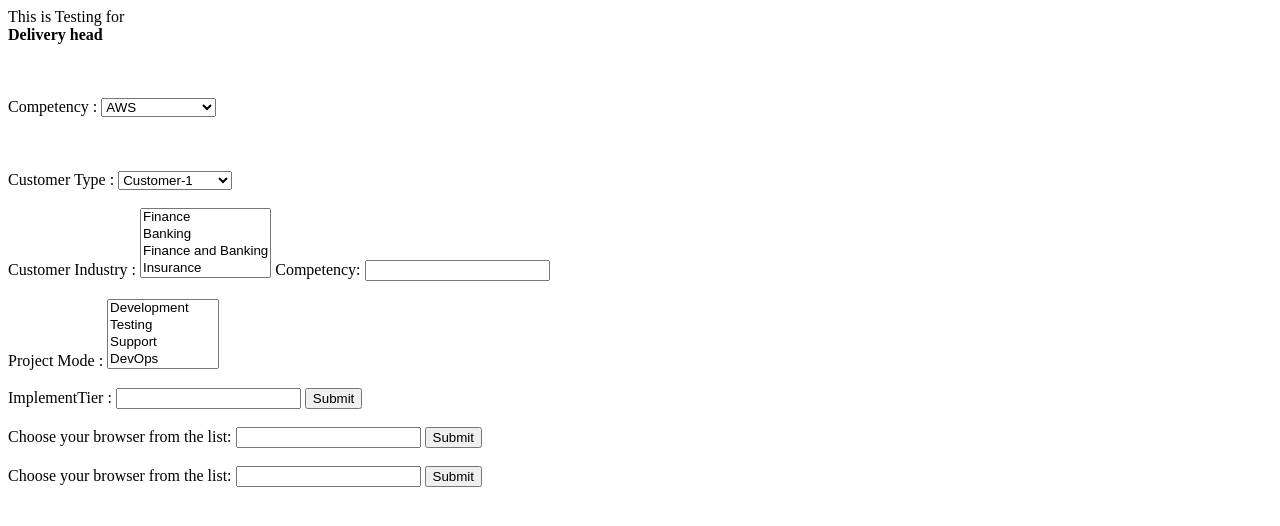
Repository: Perwaiz21/STS
Page: http://localhost/AWS_Web/
These files come from the project's save history. The page is drawn as it stood at one moment and after the next save; the edit follows.
The browser window is 1280 px wide. The pictures show the whole page.
The page is served by Tomcat 9.

Above is the page before, as saved 2021-02-18 10:12:28.

After the next save:
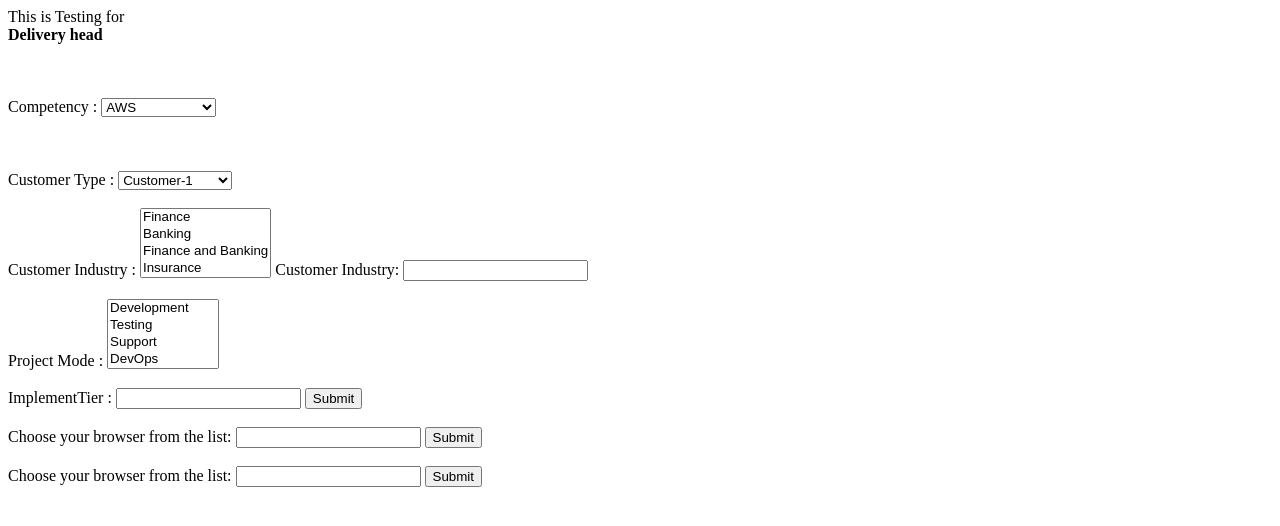
Saved 22 s later.
--- a/AWS_Web/WebContent/index.jsp
+++ b/AWS_Web/WebContent/index.jsp
@@ -46,7 +46,7 @@
 		</select>
 
 
-		<label for="Competency">Competency:</label> <input list="Competency" name="Competency" id="Competency">
+		<label for="Customer Industry">Customer Industry:</label> <input list="Customer Industry" name="Customer Industry" id="Customer Industry">
 		<datalist id="Competency">
 			<option value="Edge"><option value="Firefox">
 
